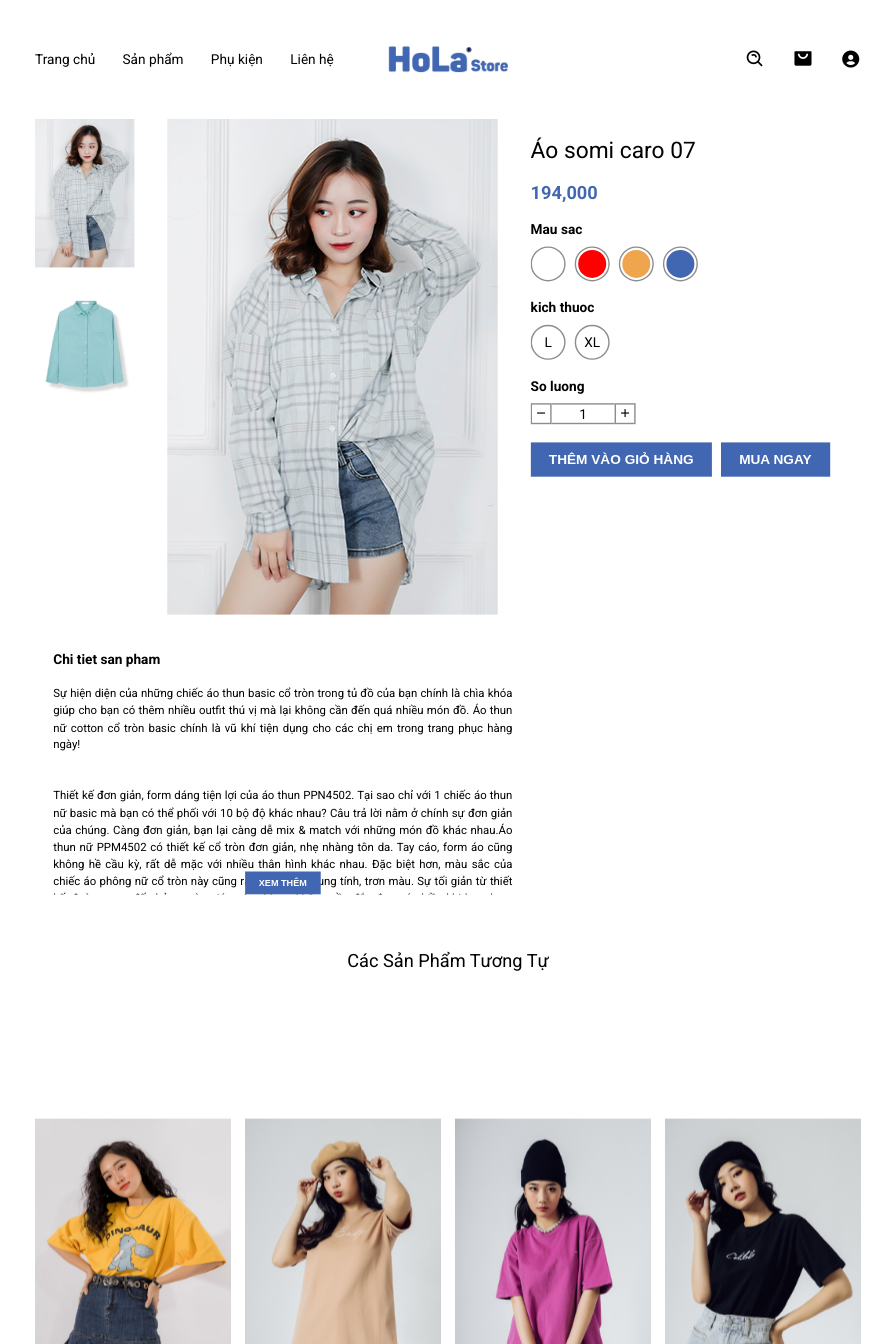
Repository: eric-nguyen-fe/Hola-ecommerce
Page: /catalog/ao-somi-caro-07
The author's editor kept a copy of each file at every save. The page is drawn from the files as they stood at one save, then again after the next save.
The browser window is 1280 px wide. The pictures show the part of the page from y = 0 to 1920 px (the page is 4131 px tall before and 3761 px after), at 70% of full size.
The project was rebuilt for these pictures with package versions that can differ from the ones it lists, and the page was loaded fresh each time. Also part of the build but not shown: src/components/HeroSlider.jsx, src/components/PolicyCard.jsx, src/assets/fake-data/hero-slider.js, src/assets/fake-data/policy.js, src/pages/Home.jsx, src/components/CheckBox.jsx, src/assets/fake-data/category.js, src/assets/fake-data/product-color.js and 4 more.

Above is the page before, as saved 2021-12-10 14:51:05.

### src/scss/index.scss
@import "./variables";
@import "./mixins";
@import "./base";

@import "./components/header";
@import "./components/footer";
@import "./components/hero-slider.scss";
@import "./components/button";
@import "./components/policy-card";
@import "./components/section";
@import "./components/product-card";
@import "./components/catalog";
@import "./components/custom-checkbox.scss";
@import "./components/product";

### src/components/Layout.jsx
import React from 'react'

import { BrowserRouter, Route } from 'react-router-dom'

import Header from './Header'
import Footer from './Footer'

import Routes from '../routes/Routes'

const Layout = () => {
    return (
        <BrowserRouter>
            <Route render={props => (
                <div>

                    <div className="container">
                    <Header {...props}/>
                        <div className="main">
                            <Routes/>
                        </div>
                    </div>
                    <Footer/>
                </div>
            )}/>
        </BrowserRouter>
    )
}

export default Layout

### src/scss/_variables.scss
$main-bg: #fff;
$main-color: #4267b2;

$txt-main-color: #000;
$txt-second-color: #8d8d8d;
$txt-white: #fff;

$btn-main-bg: $main-color;
$btn-main-color: #fff;

$header-height: 170px;
$header-tablet-height: 70px;
$header-mobile-height: 40px;
$header-shrink-height: 70px;

$box-shadow: rgba(73, 90, 105, 0.2) 0px 8px 24px;

$colors: (
    "blue": #4267b2,
    "orange": #eea54d,
    "pink": #f3786d,
    "white": #fff,
    "black": #000,
    "main": $main-color,
    "red": #ff0000,
);

$mobile-width: 600px;
$tablet-width: 1024px;

$numbers: (0, 1, 2, 3, 4, 5, 6, 7, 8);

### src/scss/mixins.scss
@mixin flex ($align-item, $justify-content) {
    display: flex;
    align-items: $align-item;
    justify-content: $justify-content;
}

@mixin mobile {
    @media only screen and (max-width: $mobile-width){
        @content;
    }
}

@mixin tablet {
    @media only screen and (max-width: $tablet-width){
        @content;
    }
}

### src/scss/components/_footer.scss
.footer {
    padding: 70px 0;
    box-shadow: $box-shadow;
    font-size: 1.1rem;

    &__logo {
        height: 30px;
    }

    &__about {
        p {
            margin-bottom: 2rem;
        }
    }

    &__title {
        text-transform: uppercase;
        margin-bottom: 2rem;
        font-weight: 600;
    }

    &__content {
        p {
            margin-bottom: 1.25rem;
        }
    }
}

### src/scss/components/_button.scss
.btn {
    border: 0;
    outline: 0;
    color: $btn-main-color;
    font-size: 1.5rem;
    font-weight: 600;
    text-transform: uppercase;
    cursor: pointer;
    overflow: hidden;
    position: relative;

    @include mobile {
        font-size: 1rem;
    }

    &__txt,
    &__icon {
        display: block;
        transition: transform 0.5s ease;
    }

    &__txt {
        padding: 1rem 2rem;
    }

    &__icon {
        @include flex(center, center);
        font-size: 2rem;
        position: absolute;
        left: 0;
        top: 0;
        height: 100%;
        width: 100%;
        transform: translateX(-100%);
    }

    &-animate:hover &__txt {
        transform: translateX(100%);
    }

    &-animate:hover &__icon {
        transform: translateX(0);
    }

    &-sm {
        font-size: 1rem;
    }

    &-sm &__txt {
        padding: 0.7rem 1.5rem;
    }
}

### src/scss/components/_policy-card.scss
.policy-card {
    @include flex(center, flex-start);
    padding: 20px;
    padding-left: 0;
    box-shadow: $box-shadow;
    transition: transform .5s ease;

    &:hover {
        transform: translateY(-20%);
    }

    &__icon {
        @include flex (center, center);
        width: 40%;
        color: $main-color;

        i {
            font-size: 3rem;
        }
    }

    &__info{
        &__name{
            font-size: 1.25rem;
            font-weight: 600;
            margin-bottom: 7px;
        }

        &__description{
            font-size: 1rem;
            color: $txt-second-color;
        }

    }
}

### src/scss/components/_section.scss
.section {
    margin-bottom: 80px;

    & > * ~ * {
        margin-top: 70px;
    }

    &__title {
        font-size: 2rem;
        text-transform: capitalize;
        text-align: center;
    }
}

### src/scss/components/product-card.scss
.product-card {
    text-align: center;
    margin-bottom: 30px;

    &__image {
        padding-top: 50%;
        position: relative;
        overflow: hidden;
        margin-bottom: 30px;
    }
}

### src/scss/components/custom-checkbox.scss
.custom-checkbox {
    @include flex (center, flex-start);

    cursor: pointer;

    &:hover {
        color: $main-color;
    }

    input {
        position: absolute;
        opacity: 0;

    }
}

### src/scss/components/_product.scss
.product {
    @include flex (flex-start, flex-start);

    @include mobile {
        flex-direction: column
    }

    &__images {
        @include flex(flex-start, flex-start);
        width: 60%;
        flex-wrap: wrap;

        @include tablet {
            width: 80%;
        }

        @include mobile {
            width: 100%;
        }

        &__list {
            width: 20%;

            &__item {
                cursor: pointer;
            }
        }

        &__main {
            flex-grow: 1;
            padding-top: 100%;
            position: relative;

            img {
                position: absolute;
                top: 0;
                left: 50%;
                height: 100%;
                transform: translateX(-50%);
            }
        }
    }

    &__info {
        flex-grow: 1;
        position: sticky;
        top: $header-shrink-height;
        padding-top: 2rem;

        &__title {
            font-size: 2.5rem;
            font-weight: normal;
        }

        &__item {
            margin-top: 2rem;

            &__price {
                color: $main-color;
                font-size: 2rem;
                font-weight: 600;
            }

            &__title {
                font-size: 1.5rem;
                font-weight: 600;
                margin-bottom: 1rem;
            }

            &__list {
                @include flex (center, flex-start);

                &__item {
                    @include flex (center, center);


                    width: 50px;
                    height: 50px;
                    border-radius: 50%;
                    border: 2px solid $txt-second-color;
                    cursor: pointer;
                    margin-right: 1rem;

                    @include mobile {
                        width: 40px;
                        height: 40px;
                    }

                    &.active {
                        border-color: $main-color;
                    }

                    &:hover {
                        border-color: $main-color;
                    }

                    .circle {
                        width: 40px;
                        height: 40px;
                        border-radius: 50px;

                        @include mobile {
                            width: 30px;
                            height: 30px;
                        }
                    }

                    &__size {
                        font-size: 1.5rem;
                        text-transform: uppercase;
                    }
                }
            }

            &__quantity {
                @include flex (flex-start, flex-start);

                &__btn {
                    @include flex (center, center);
                    width: 30px;
                    height: 30px;
                    border: 2px solid $txt-second-color;
                    font-size: 1.5rem;
                    cursor: pointer;

                }

                &__input {
                    @include flex (center, center);
                    width: 90px;
                    height: 30px;
                    font-size: 1.5rem;
                    border-top: 2px solid $txt-second-color;
                    border-bottom: 2px solid $txt-second-color;


                }
            }

            button {
                margin-right: 1rem;
                margin-bottom: 1rem;
            }
        }
    }
}

.product-description {
    width: 100%;
    padding: 2rem 2rem 3rem;
    height: 400px;
    overflow: hidden;
    position: relative;

    @include mobile {
        display: none;
    }

    &.expand {
        height: max-content;
    }

    &__title {
        font-size: 1.5rem;
        font-weight: 600;
        margin: 2rem 0;
    }

    &__content {
        font-size: 1.25rem;
        line-height: 1.875rem;
        text-align: justify;
    }

    &__toggle {
        position: absolute;
        bottom: 0;
        left: 50%;
        transform: translateX(-50%);
    }
}

### src/routes/Routes.jsx
import React from 'react'

import { Route, Switch } from 'react-router-dom'

import Home from '../pages/Home';
import Catalog from '../pages/Catalog';
import Cart from '../pages/Cart';
import Product from '../pages/Product';

const Routes = () => {
    return (
        <Switch>
            <Route path="/" exact component = {Home}/>
            <Route path="/catalog/:slug" exact component = {Product}/>
            <Route path="/catalog" exact component = {Catalog}/>
            <Route path="/cart" exact component = {Cart}/>
        </Switch>
    )
}

export default Routes

### src/components/Helmet.jsx
import React, {useEffect} from 'react'
import PropTypes from 'prop-types'

const Helmet = props => {

    document.title = 'Hola - ' + props.title

    useEffect(() => {
        window.scrollTo(0,0)

    }, [])

  return (
    <div>
        {props.children}
    </div>
  )
}

Helmet.propTypes = {
    title: PropTypes.string.isRequired
}

export default Helmet

### src/components/Button.jsx
import React from 'react'
import PropTypes from 'prop-types'

const Button = props => {

    const bg = props.backgroundColor ? 'bg-' + props.backgroundColor : 'bg-main'

    const size = props.size ? 'btn-' + props.size : ''

    const animate = props.animate ? 'btn-animate' : ''

    return (
        <button
            className={`btn ${bg} ${size} ${animate}`}
            onClick={props.onClick ? () => props.onClick() : null}
        >
            <span className="btn__txt">{props.children}</span>
            {
                props.icon ? (
                    <span className="btn__icon">
                        <i className={`${props.icon} bx-tada`}></i>
                    </span>
                ) : null
            }
        </button>
    )
}

Button.propTypes = {
    backgroundColor: PropTypes.string,
    size: PropTypes.string,
    icon: PropTypes.string,
    animate: PropTypes.bool,
    onclick: PropTypes.func
}

export default Button

### src/components/ProductView.jsx
import React, {useState, useEffect} from 'react'
import PropTypes from 'prop-types'

import { withRouter } from 'react-router'

import Button from './Button'
import numberWithCommas from '../utils/numberWithCommas'

const ProductView = props => {

    const product = props.product

    const [previewImg, setPreviewImg ] = useState(product.image01);

    const [descriptionExpand, setDescriptionExpand] = useState(false);

    const [color, setColor] = useState(undefined);

    const [size, setSize] = useState(undefined);

    const [quantity, setQuantity] = useState(1)

    const updateQuantity = (type) => {
        if (type === 'plus') {
            setQuantity(quantity + 1)
        } else {
            setQuantity(quantity - 1 < 1 ? 1 : quantity - 1)

        }
    }

    useEffect(() => {
       setPreviewImg(product.image01)
       setQuantity(1)
       setColor(undefined)
       setSize(undefined)
    }, [product])

    const check = () => {
        let res = true

        if(color === undefined) {
            alert('Vui lòng chọn màu sắc !')
            return false;
        }

        if(size === undefined) {
            alert('Vui lòng chọn kích cỡ !')
            return false;
        }

        return true

    }

    const addToCart = () => {
        if (check()) console.log({color, size, quantity})
    }

    const goToCart = () => {
        if(check()) props.history.push('/cart')
    }

    return (
<div className="product">
            <div className="product__images">
                <div className="product__images__list">
                    <div className="product__images__list__item" onClick={() => setPreviewImg(product.image01)}>
                        <img src={product.image01} alt="" />
                    </div>
                    <div className="product__images__list__item" onClick={() => setPreviewImg(product.image02)}>
                        <img src={product.image02} alt="" />
                    </div>
                </div>
                <div className="product__images__main">
                    <img src={previewImg} alt="" />
                </div>
                <div className={`product-description ${descriptionExpand ? 'expand' : ''}`}>
                    <div className="product-description__title">
                        Chi tiet san pham
                    </div>
                    <div className="product-description__content" dangerouslySetInnerHTML={{__html:product.description}}>
                    </div>
                    <div className="product-description__toggle">
                        <Button
                            size="sm"
                            onClick={() => setDescriptionExpand(!descriptionExpand)}
                        >
                            {
                                descriptionExpand ? 'Thu gọn' : 'Xem thêm'
                            }
                        </Button>
                    </div>
                </div>
            </div>
            <div className="product__info">
                <h1 className="product__info__title">{product.title}</h1>
                <div className="product__info__item">
                    <span className="product__info__item__price">
                        {
                            numberWithCommas(product.price)
                        }
                    </span>
                </div>
                <div className="product__info__item">
                    <div className="product__info__item__title">
                        Mau sac
                    </div>
                    <div className="product__info__item__list">
                        {
                            product.colors.map((item, index) => (
                                <div key={index} className={`product__info__item__list__item ${color === item ? 'active' : ''}`}onClick={() => setColor(item)}>
                                    <div className={`circle bg-${item}`}>

                                    </div>
                                </div>
                            ))
                        }
                    </div>
                </div>
                <div className="product__info__item">
                    <div className="product__info__item__title">
                        kich thuoc
                    </div>
                    <div className="product__info__item__list">
                        {
                            product.size.map((item, index) => (
                                <div key={index} className={`product__info__item__list__item ${size === item ? 'active' : ''}`} onClick={() => setSize(item)}>
                                    <span className="product__info__item__list__item__size">
                                        {item}
                                    </span>

                                </div>
                            ))
                        }
                    </div>
                </div>
                <div className="product__info__item">
                    <div className="product__info__item__title">
                        So luong
                    </div>
                    <div className="product__info__item__quantity">
                        <div className="product__info__item__quantity__btn" onClick={() => updateQuantity('minus')}>
                            <i className="bx bx-minus"></i>
                        </div>
                        <div className="product__info__item__quantity__input">
                            {quantity}
                        </div>
                        <div className="product__info__item__quantity__btn"onClick={() => updateQuantity('plus')}>
                            <i className="bx bx-plus"></i>
                        </div>
                    </div>
                </div>
                <div className="product__info__item">
                    <Button
                        onClick={() => addToCart()}
                    >
                        Thêm vào giỏ hàng
                    </Button>
                    <Button
                        onClick={() => goToCart()}
                    >
                        Mua ngay
                    </Button>
                </div>

            </div>
        </div>
    )
}

ProductView.propTypes = {
    product: PropTypes.object.isRequired,

}

export default withRouter (ProductView)

Loaded but not shown: public/index.html (common file); src/reportWebVitals.js (common file); src/assets/boxicons-2.0.7/css/boxicons.min.css (library); src/components/Grid.jsx (common file); src/components/Section.jsx (common file); src/utils/numberWithCommas.js (common file); src/assets/fake-data/products.js (275 lines, source omitted); src/index.js (20 lines, source omitted); src/scss/components/hero-slider.scss (214 lines, source omitted); src/components/Footer.jsx (124 lines, source omitted); src/components/Header.jsx (103 lines, source omitted); src/scss/components/_header.scss (140 lines, source omitted); src/scss/_base.scss (105 lines, source omitted); src/pages/Product.jsx (61 lines, source omitted); src/components/ProductCard.jsx (49 lines, source omitted); src/scss/components/_catalog.scss (69 lines, source omitted)

After the next save:
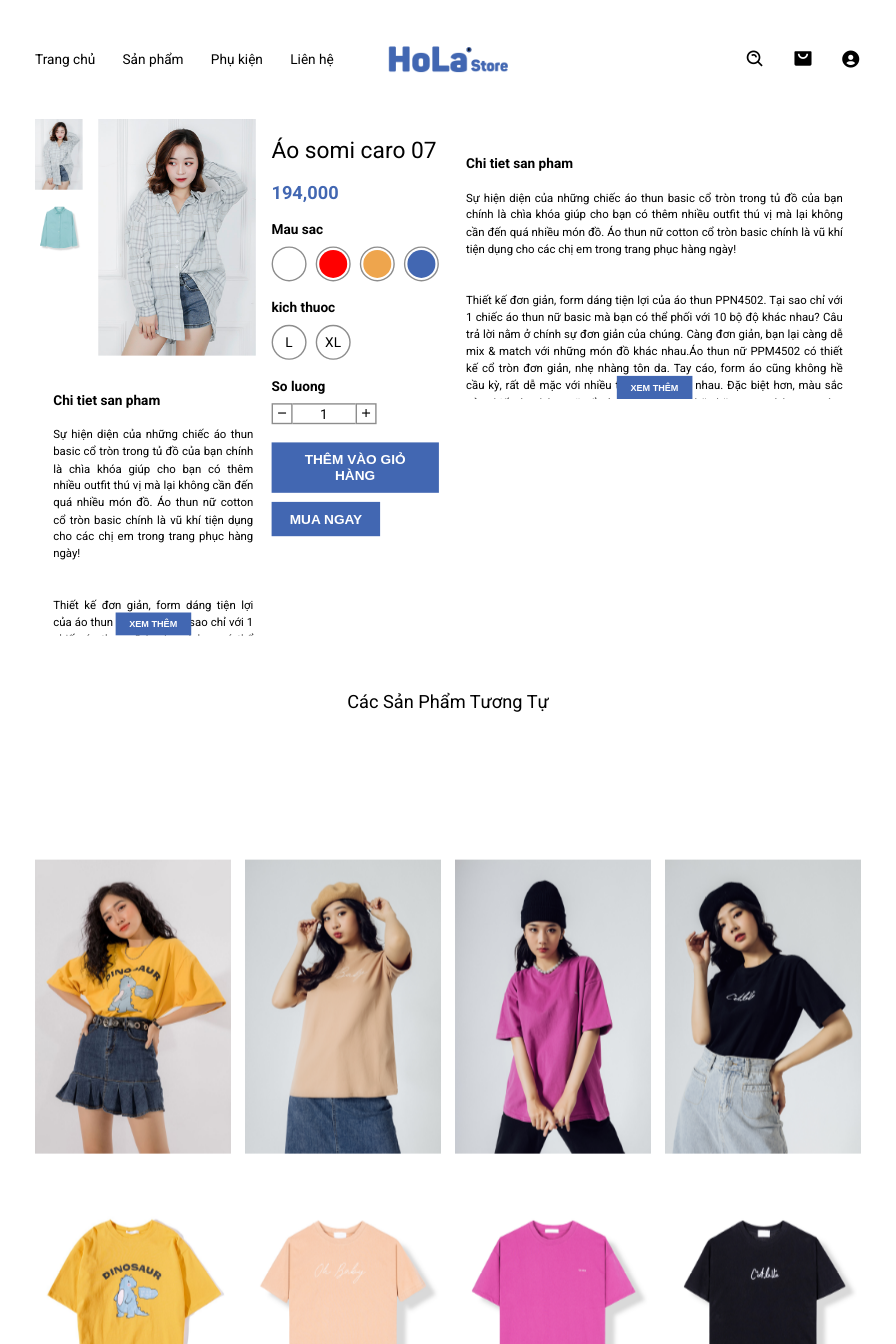
Saved 2 min 57 s later.
--- a/src/components/ProductView.jsx
+++ b/src/components/ProductView.jsx
@@ -165,6 +165,23 @@ const ProductView = props => {
                 </div>
 
             </div>
+            <div className={`product-description mobile ${descriptionExpand ? 'expand' : ''}`}>
+                    <div className="product-description__title">
+                        Chi tiet san pham
+                    </div>
+                    <div className="product-description__content" dangerouslySetInnerHTML={{__html:product.description}}>
+                    </div>
+                    <div className="product-description__toggle">
+                        <Button
+                            size="sm"
+                            onClick={() => setDescriptionExpand(!descriptionExpand)}
+                        >
+                            {
+                                descriptionExpand ? 'Thu gọn' : 'Xem thêm'
+                            }
+                        </Button>
+                    </div>
+                </div>
         </div>
     )
 }

After the save that followed:
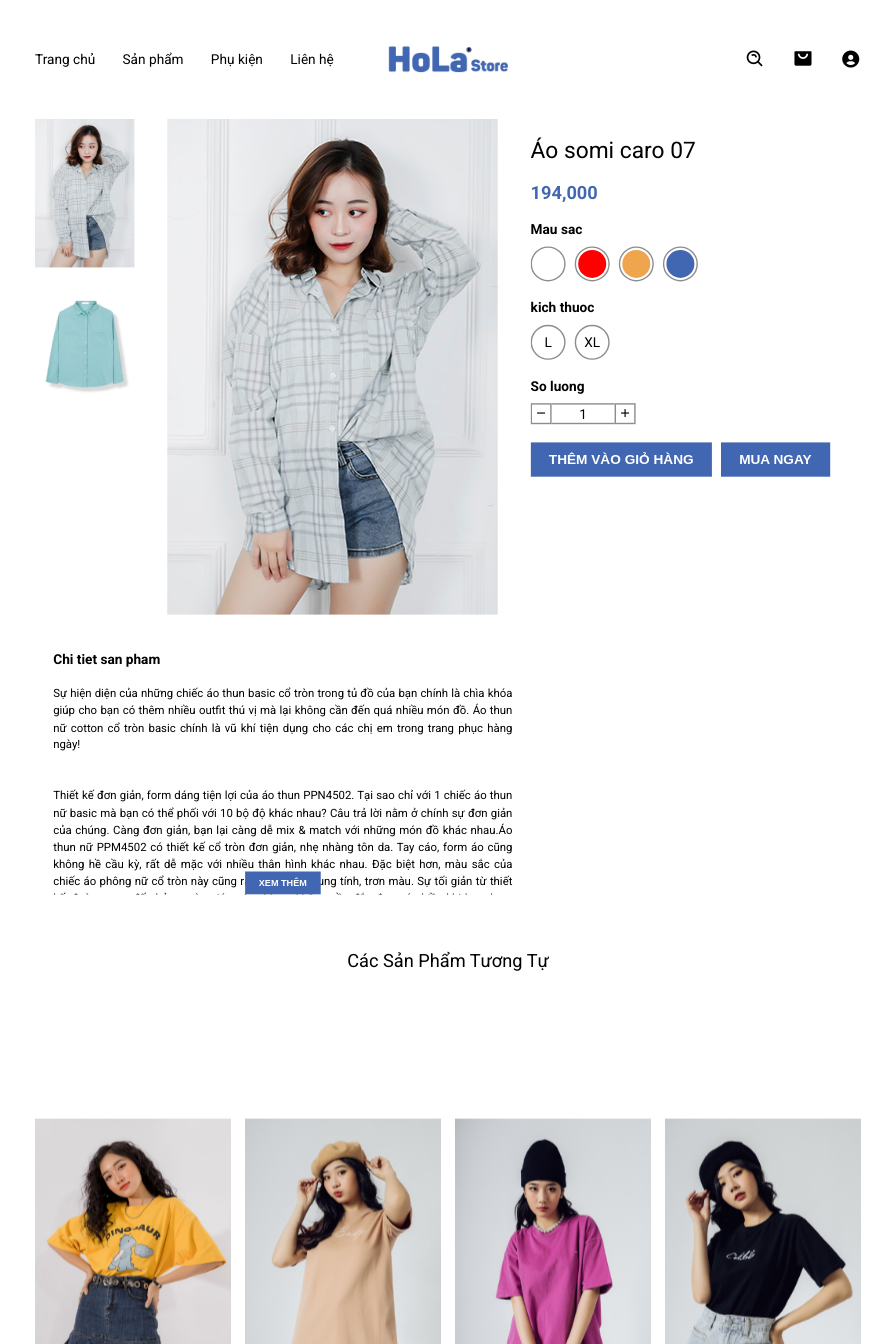
Saved 62 s later.
--- a/src/scss/components/_product.scss
+++ b/src/scss/components/_product.scss
@@ -156,6 +156,14 @@
         display: none;
     }
 
+    &.mobile {
+        display: none;
+
+        @include mobile {
+            display: block;
+        }
+    }
+
     &.expand {
         height: max-content;
     }
